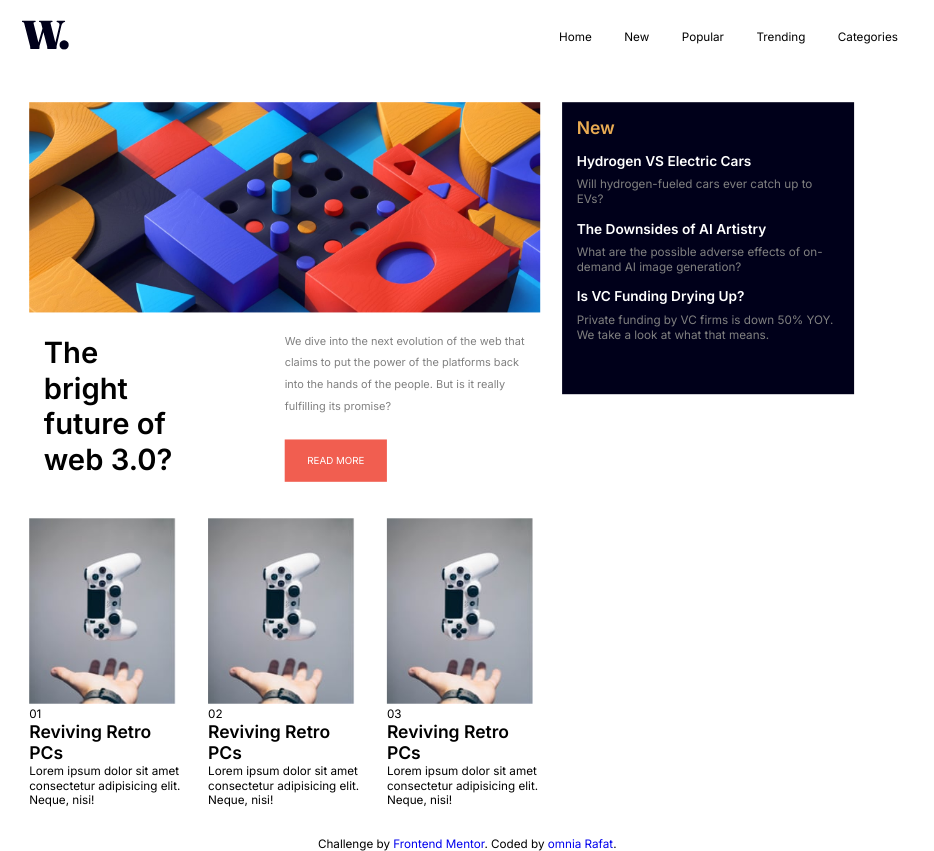
Repository: OmniaRafat232111121/HomePage
Page: index.html
The author's editor kept a copy of each file at every save. The page is drawn from the files as they stood at one save, then again after a run of saves.
The browser window is 1280 px wide. The pictures show the whole page, at 73% of full size.

Above is the page before, as saved 2022-12-17 17:26:28.

After the next 2 saves:
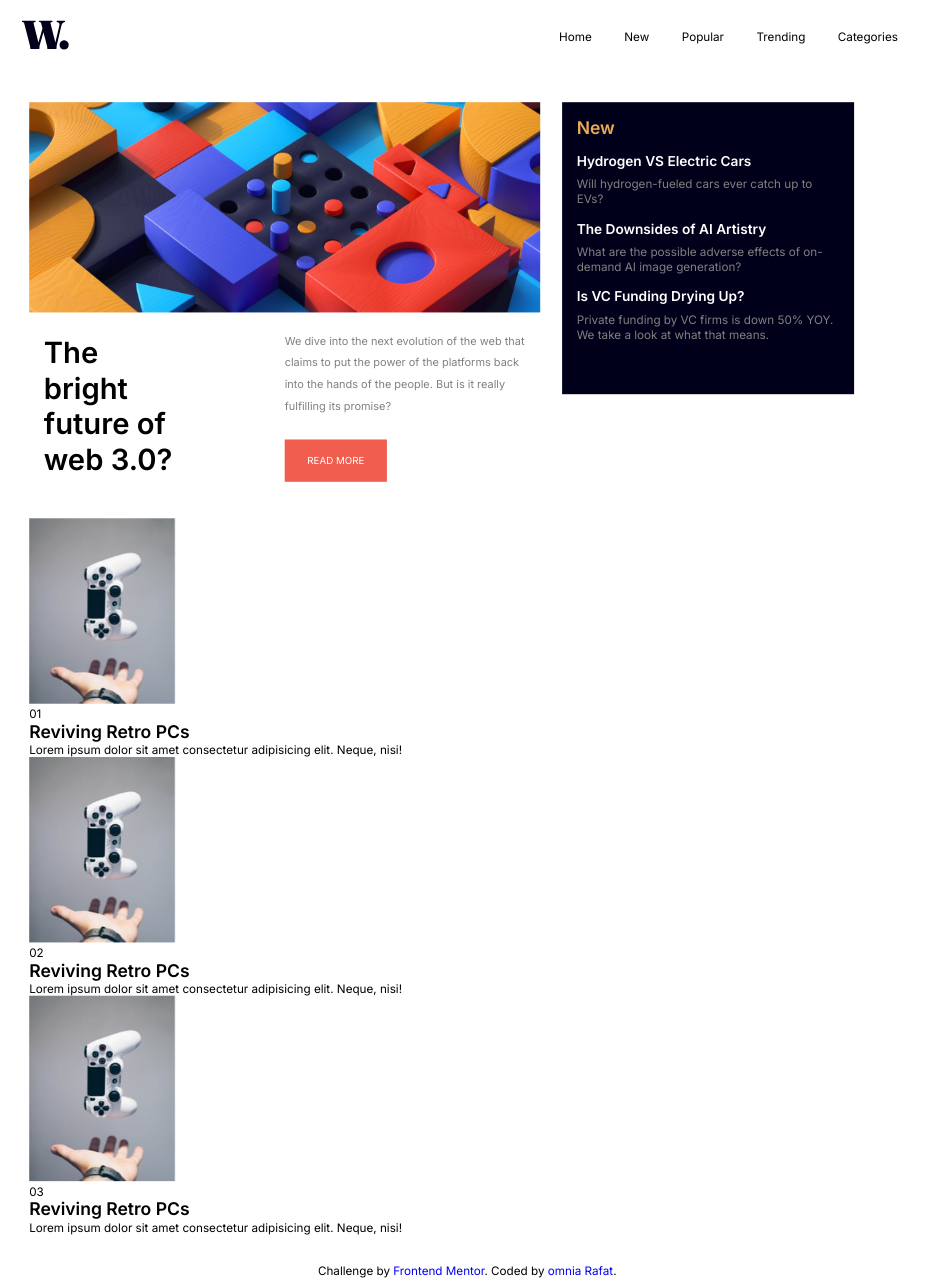
The 2 saves are shown as one change because they came seconds apart.
The last was saved 10 s later.
--- a/style.css
+++ b/style.css
@@ -106,10 +106,8 @@ background-color: #000;
     text-align: center;
 }
 .products{
-   display :flex;
-   align-items: center;
-   justify-content: space-between;
+
 }
 .product{
-    flex-basis: 30%;
+
 }
